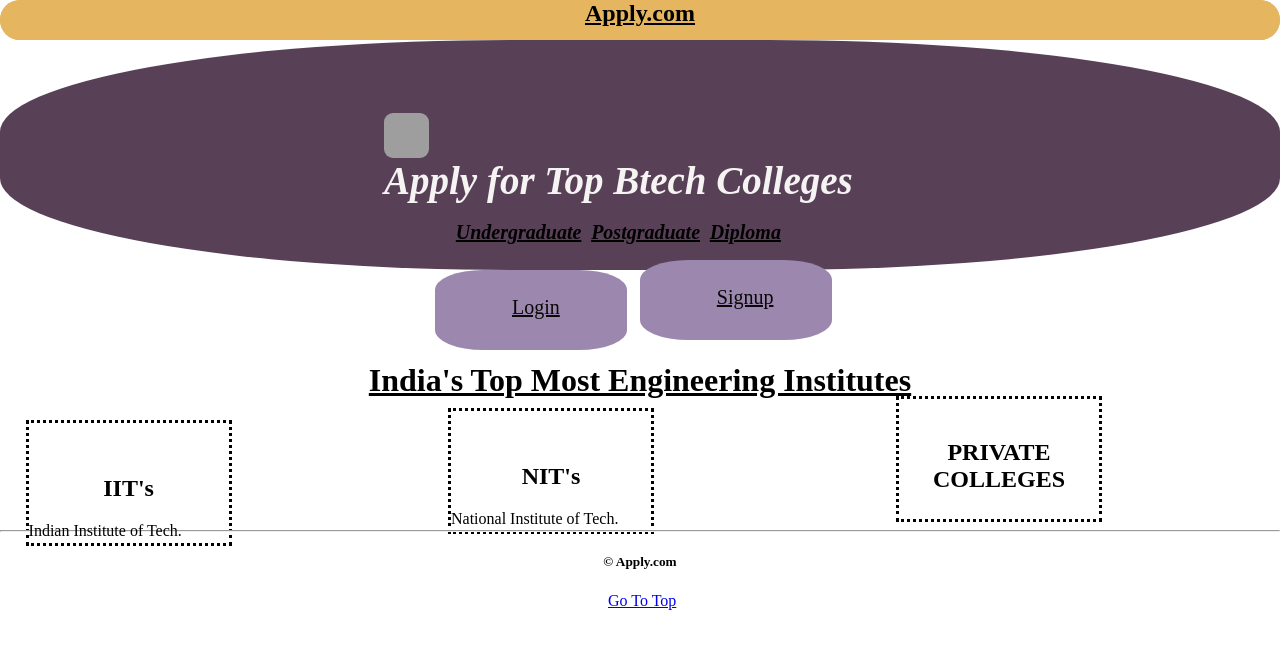
Repository: dashmeenkalra/dashmeen_kalra
Page: css/btech.html
The author's editor kept a copy of each file at every save. The page is drawn from the files as they stood at one save, then again after a run of saves.
The browser window is 1280 px wide. The pictures show the whole page.
Pictures or frames that could not be fetched are drawn as grey boxes.

Above is the page before, as saved 2023-03-07 10:07:54.

After the next 2 saves:
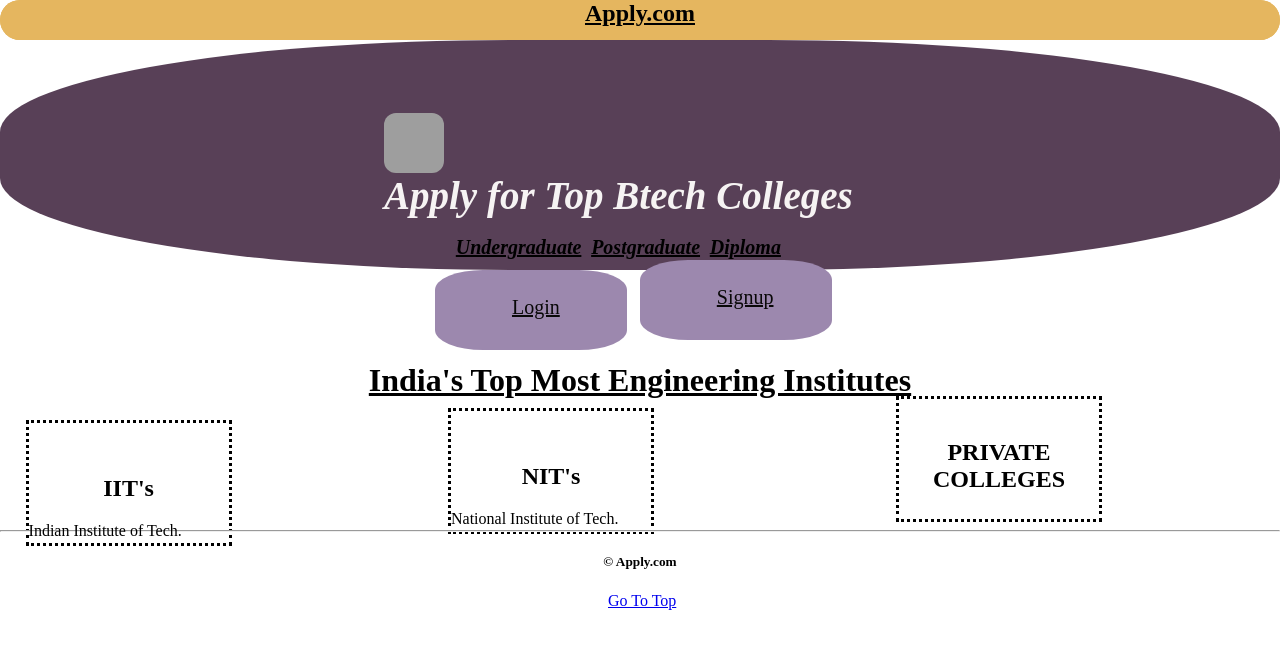
The 2 saves are shown as one change because they came seconds apart.
The last was saved 16 s later.
--- a/css/btech.css
+++ b/css/btech.css
@@ -17,8 +17,8 @@ header > h2{
     border-radius:40%;
 }
 #ball{
-    height: 45px;
-    width: 45px;
+    height: 60px;
+    width: 60px;
     border-radius: 20%;
     background-color: aliceblue;
     margin-top: -9%;
